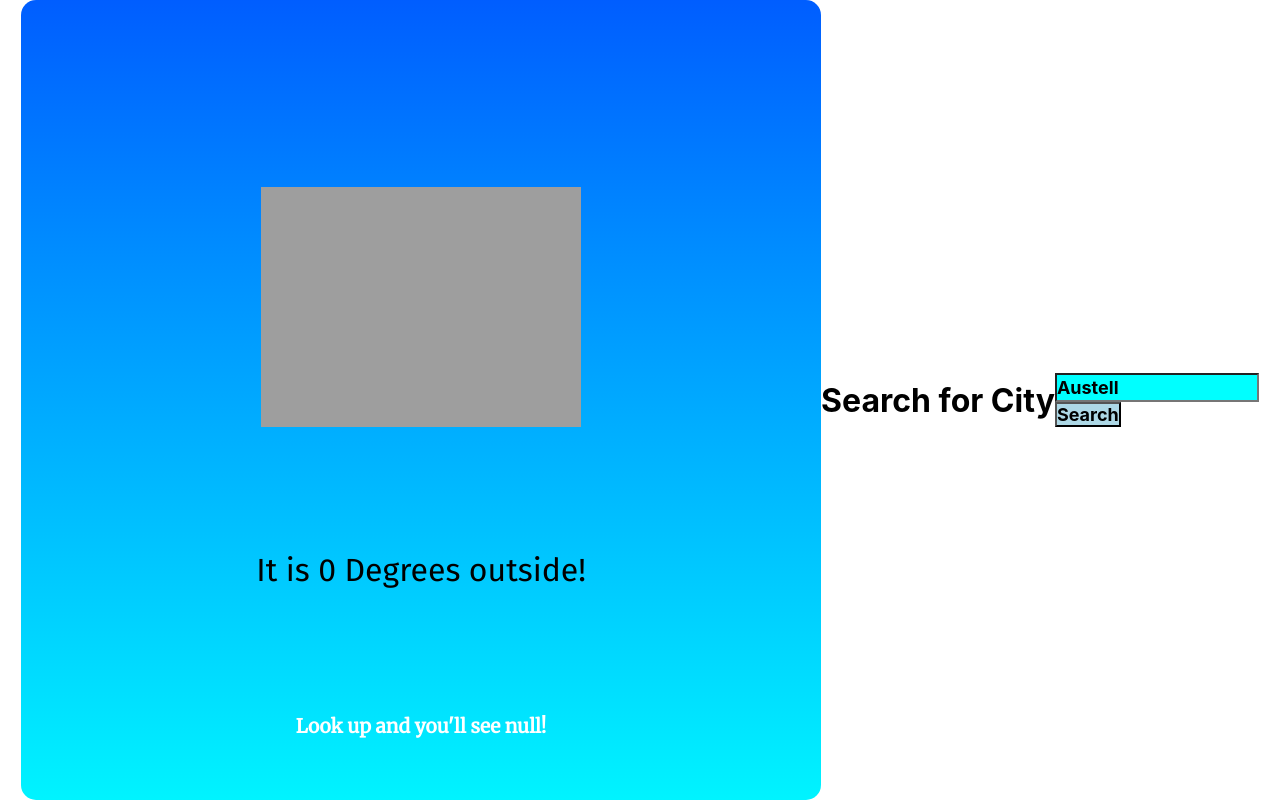
Repository: sayrilamar/chumsweatherapp
Page: /
The author's editor kept a copy of each file at every save. The page is drawn from the files as they stood at one save, then again after the next save.
The browser window is 1280 px wide. The pictures show the whole page.
Pictures or frames that could not be fetched are drawn as grey boxes. The page's requests for data from a server got no answer. The project was rebuilt for these pictures with package versions that can differ from the ones it lists, and the page was loaded fresh each time. No one was signed in, and anything a server would have sent is missing.

Above is the page before, as saved 2020-04-19 08:28:39.

After the next save:
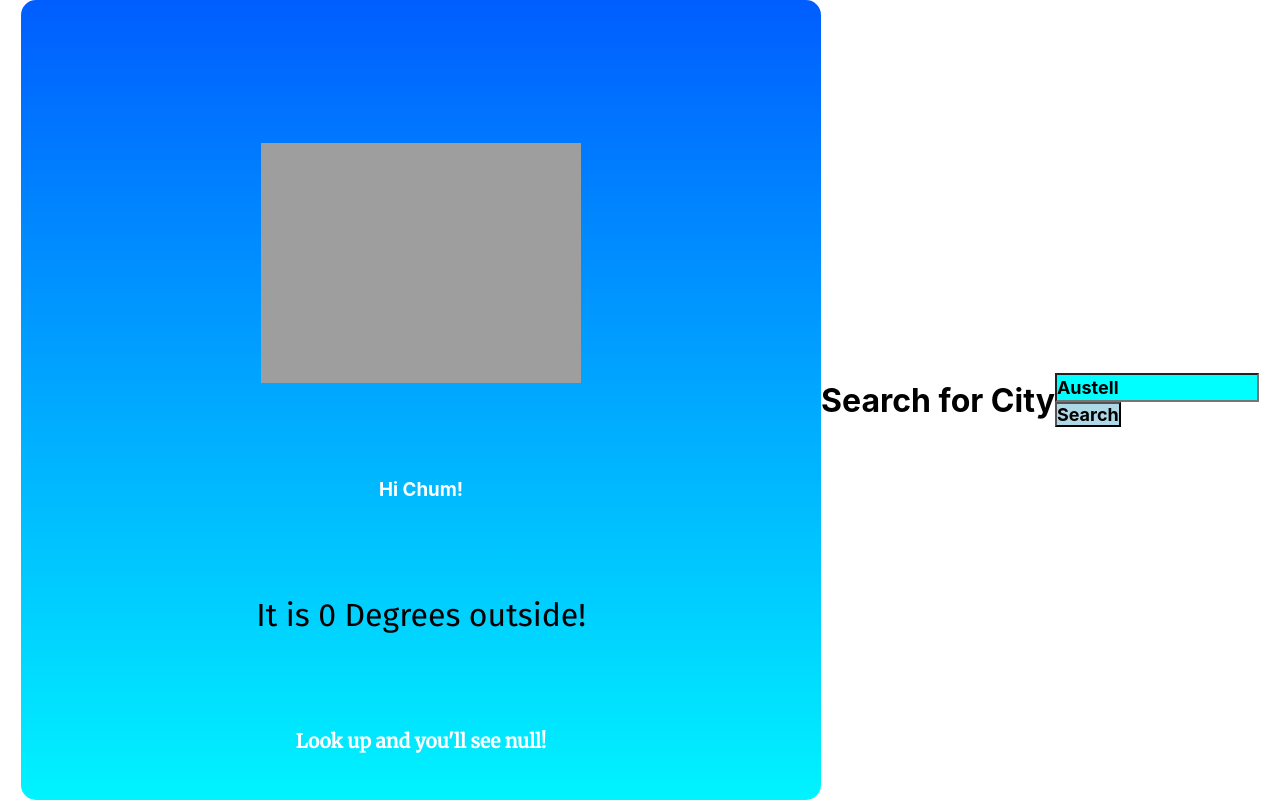
Saved 4 min 44 s later.
--- a/src/components/WeatherCard/Condition.js
+++ b/src/components/WeatherCard/Condition.js
@@ -15,6 +15,7 @@
 
   return (
     <Fragment>
+      <h3>Hi Chum!</h3>
       <Temp>
         It is {temp + " "}
         Degrees outside!

After the save that followed:
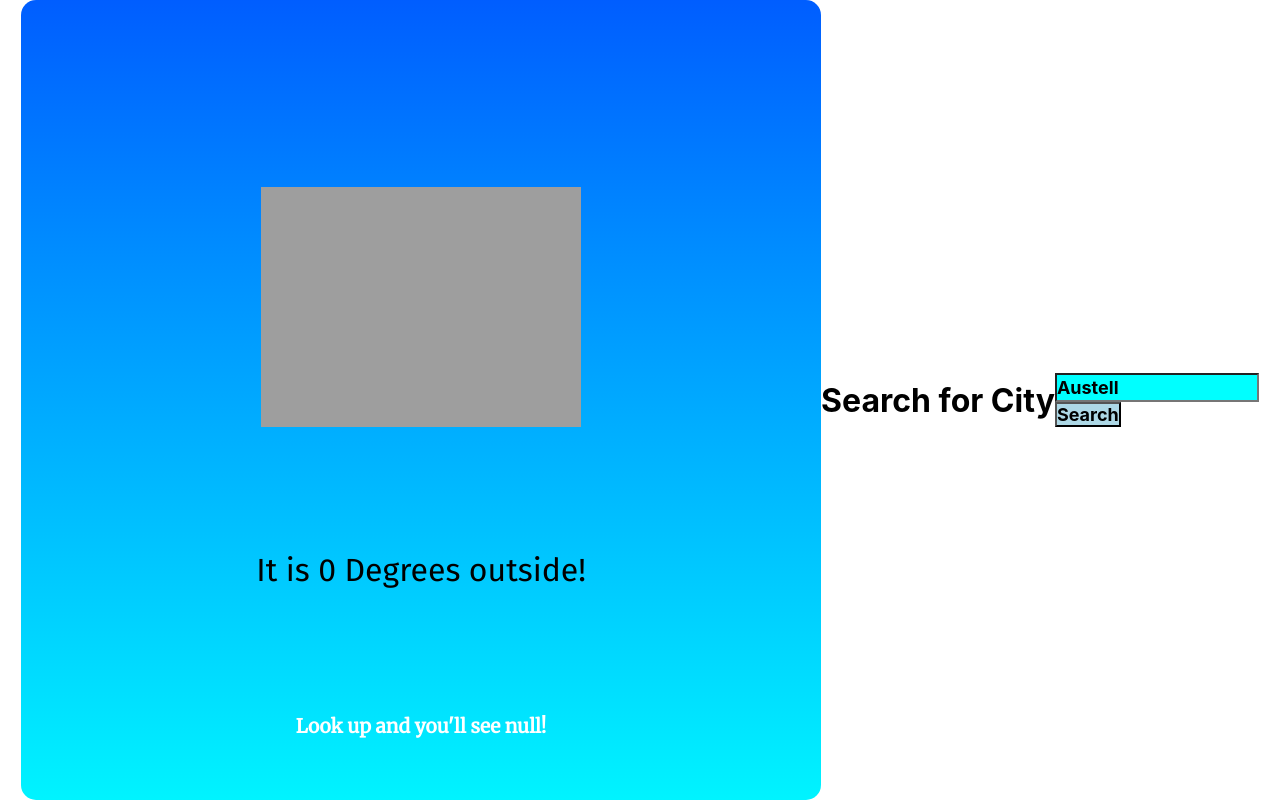
Saved 19 s later.
--- a/src/components/WeatherCard/Condition.js
+++ b/src/components/WeatherCard/Condition.js
@@ -15,7 +15,6 @@
 
   return (
     <Fragment>
-      <h3>Hi Chum!</h3>
       <Temp>
         It is {temp + " "}
         Degrees outside!
